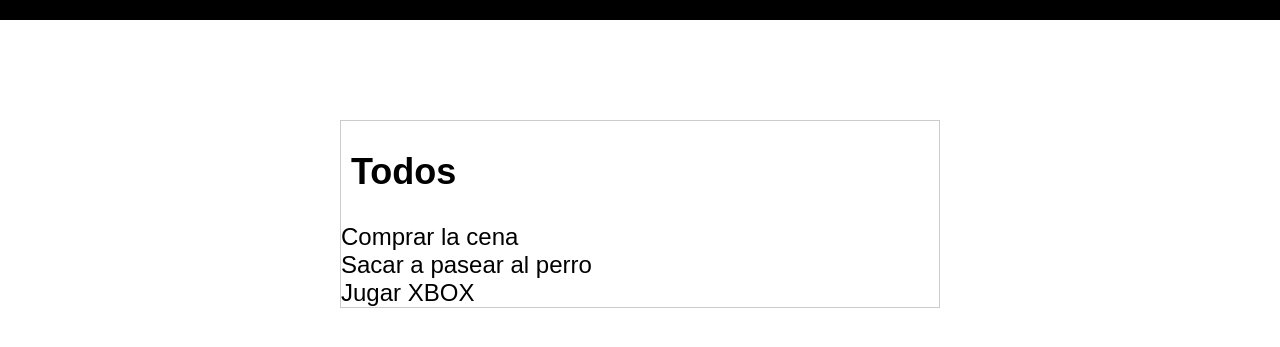
Repository: MauriVaz/Primer-app-con-Vue
Page: /
These files come from the project's save history. The page is drawn as it stood at one moment and after the next save; the edit follows.
The browser window is 1280 px wide. The pictures show the whole page.
The project was rebuilt for these pictures with package versions that can differ from the ones it lists, and the page was loaded fresh each time. Also part of the build but not shown: vue.config.js.

Above is the page before, as saved 2022-12-13 03:36:49.

After the next save:
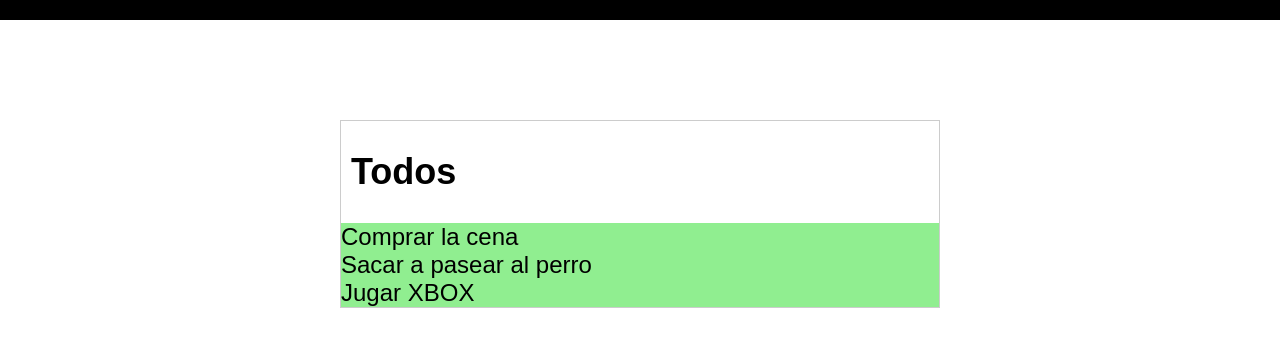
Saved 4 s later.
--- a/src/components/Todos.vue
+++ b/src/components/Todos.vue
@@ -15,7 +15,7 @@ export default{
 </script>
 
 <style>
--container{
+.container{
     background-color: lightgreen;
 }
 </style>
